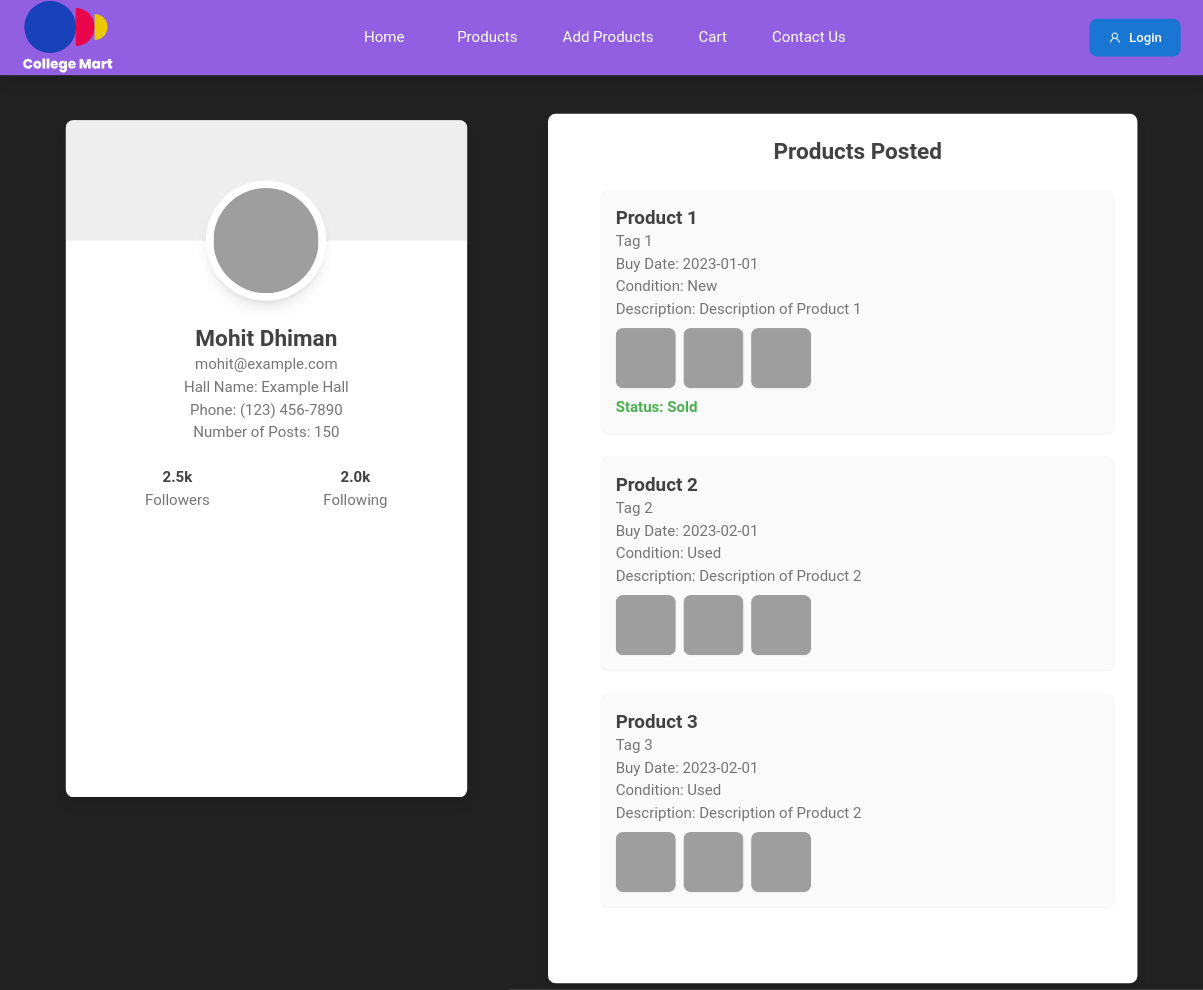
Repository: kumar1397/College-Mart
Page: /home/profile
An editor plug-in stored every save of this project. The page is shown before and after the next save, followed by the edit.
The browser window is 1280 px wide. The pictures show the whole page, at 94% of full size.
Pictures or frames that could not be fetched are drawn as grey boxes. Some web fonts or font styles are not loaded; a fallback is used. Some web libraries are served in a nearby version. The project was rebuilt for these pictures with package versions that can differ from the ones it lists, and the page was loaded fresh each time. Also part of the build but not shown: src/components/forgetPassword/forgetpassword.jsx, src/components/Auth.js, src/components/hero/Heronavbar.jsx, src/components/hero/footer.jsx, src/components/hero/Carousel.jsx, src/components/hero/Hero.jsx, src/components/new-home-page/header.jsx, src/components/new-home-page/footer_cont.jsx and 12 more.

Above is the page before, as saved 2024-07-15 16:07:14.

After the next save:
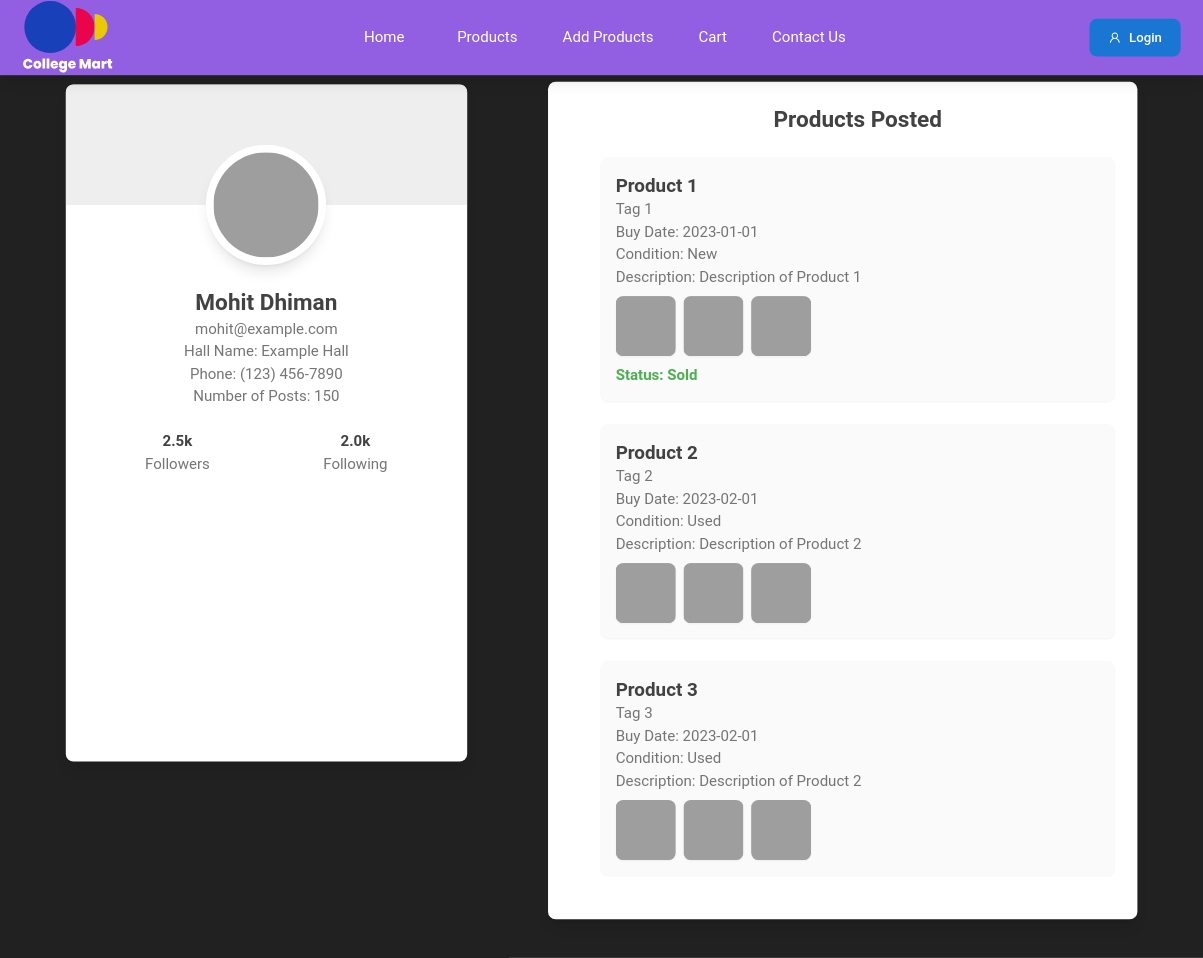
Saved 24 s later.
--- a/src/components/profile/profile.jsx
+++ b/src/components/profile/profile.jsx
@@ -39,7 +39,7 @@ export default function Profile() {
             <Navbar />
             <div className="bg-gray-900 min-h-screen flex">
                 <div className="container mx-auto my-16 flex">
-                    <div className="lg:w-1/3 bg-white rounded-lg shadow-lg overflow-hidden h-full fixed " style={{ marginRight: "65%", marginTop: "5%"}}>
+                    <div className="lg:w-1/3 bg-white rounded-lg shadow-lg overflow-hidden h-full fixed " style={{ marginRight: "65%", marginTop: "2%"}}>
                         <div className="h-32 bg-gray-200"></div>
                         <div className="flex justify-center -mt-16">
                             <img className="h-32 w-32 bg-white p-2 rounded-full shadow-lg" src="https://images.unsplash.com/photo-1535713875002-d1d0cf377fde?ixid=MnwxMjA3fDB8MHxwaG90by1wYWdlfHx8fGVufDB8fHx8&ixlib=rb-1.2.1&auto=format&fit=crop&w=2000&q=80" alt="Profile" />
@@ -63,7 +63,7 @@ export default function Profile() {
                         </div>
                     </div>
 
-                    <div className="lg:ml-1/3 w-full bg-white rounded-lg shadow-lg overflow-y-auto h-full pl-8" style={{ marginLeft: "45%" , marginTop: "5%"}}>
+                    <div className="lg:ml-1/3 w-full bg-white rounded-lg shadow-lg overflow-y-auto h-full pl-8" style={{ marginLeft: "45%" , marginTop: "2%"}}>
                         <div className="p-6">
                             <h2 className="text-2xl font-semibold text-gray-800 text-center">Products Posted</h2>
                             <div className="mt-6 space-y-6">
